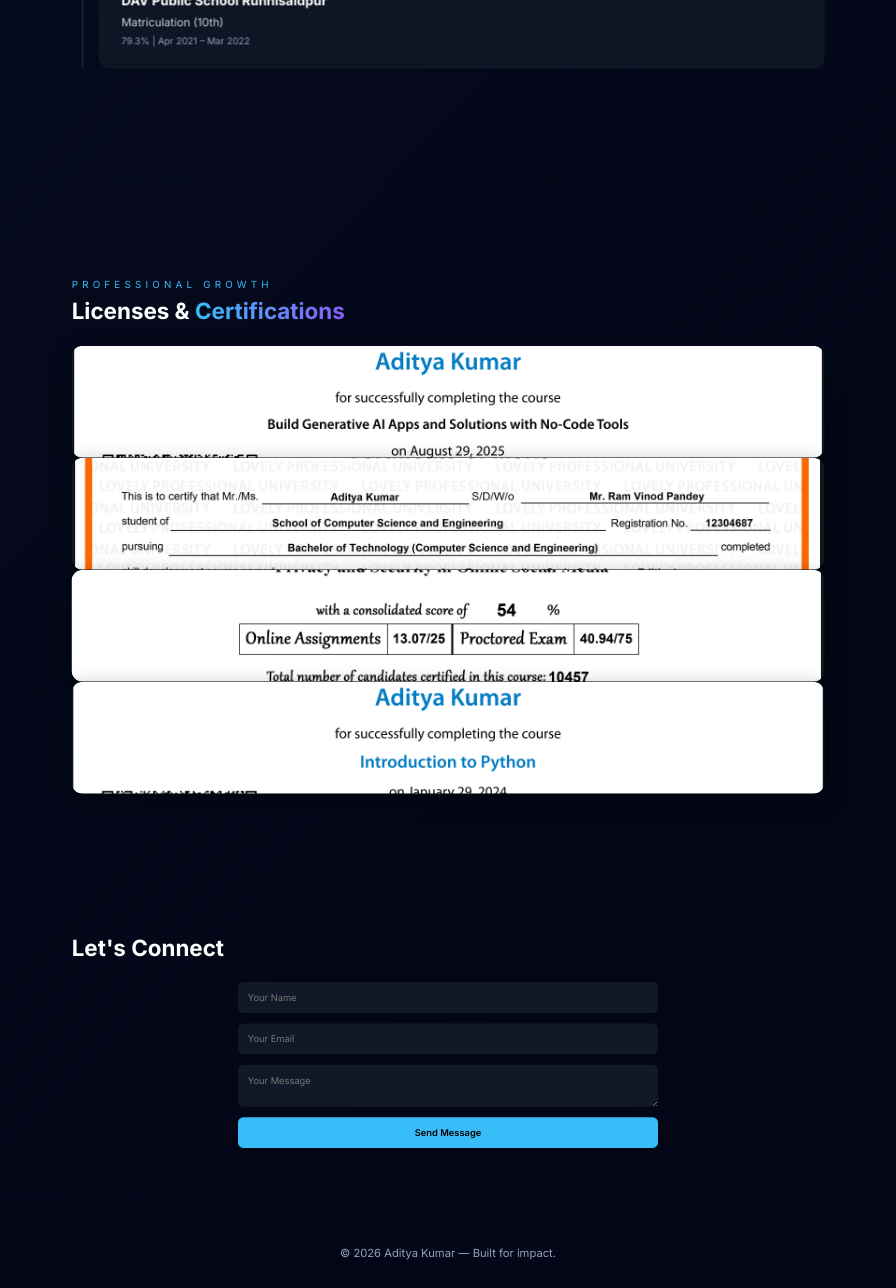
Repository: Aditya2419/My-Portfolio
Page: index.html
An editor plug-in stored every save of this project. The page is shown before and after the next save, followed by the edit.
The browser window is 1280 px wide. The pictures show the part of the page from y = 3370 to 5290 px (the page is 5210 px tall before and 5290 px after), at 70% of full size.

Above is the page before, as saved 2026-02-18 23:19:13.
Console error: TypeError: Cannot set properties of null (setting 'textContent')

After the next save:
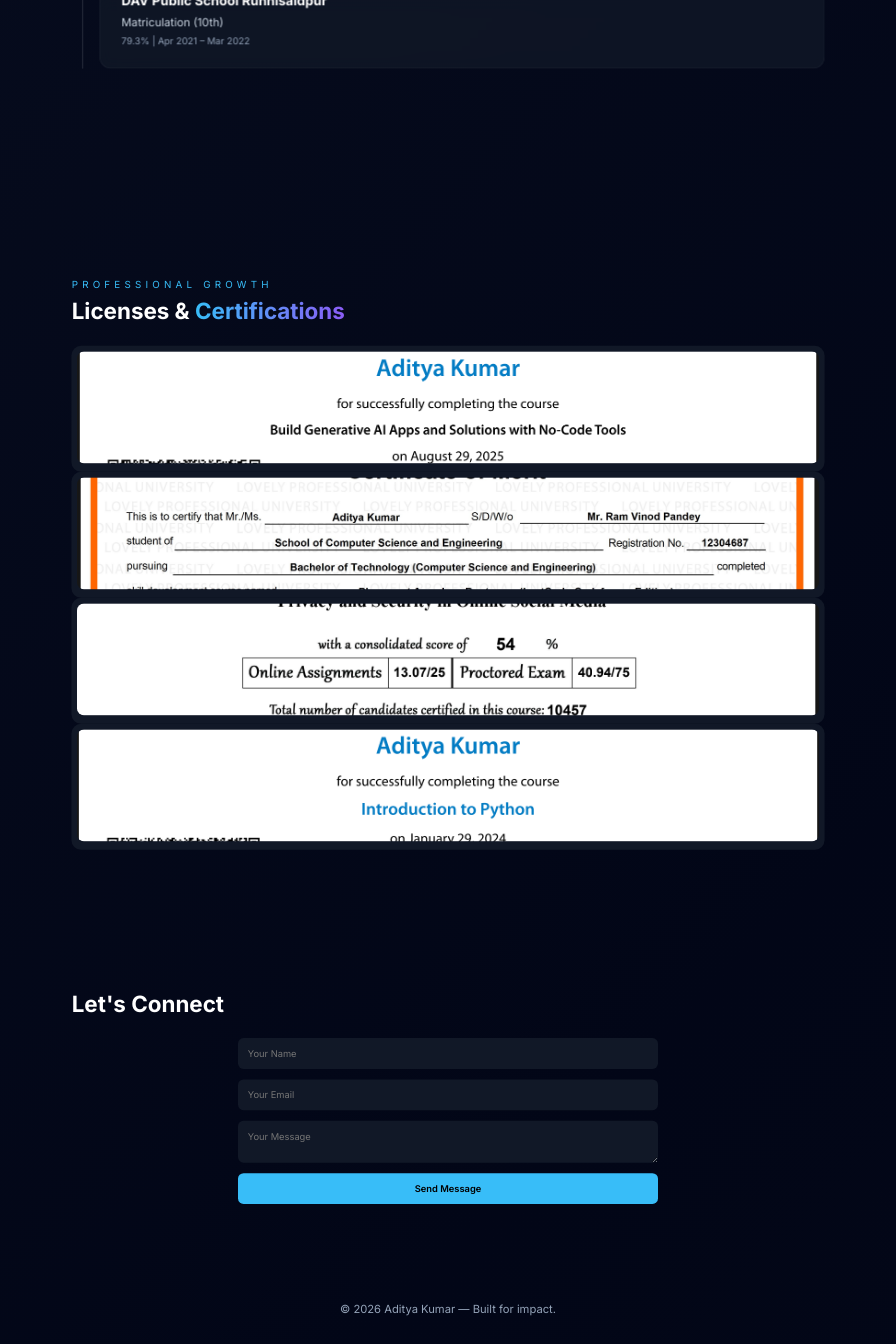
Saved 83 s later.
--- a/style.css
+++ b/style.css
@@ -376,40 +376,35 @@
     /* CERTIFICATE GRID */
 
     .cert-grid{
-    display:grid;
-    grid-template-columns:repeat(auto-fit,minmax(300px,1fr));
-    gap:30px;
-    margin-top:40px;
-    }
-
-    .cert-item{
-    position:relative;
-    overflow:hidden;
-    border-radius:16px;
-    cursor:pointer;
-    box-shadow:0 10px 30px rgba(0,0,0,.4);
-    transition:.4s;
-    transform:translateY(0);
-    }
-
-    .cert-item img{
+        display:grid;
+        grid-template-columns:repeat(auto-fit,minmax(280px,1fr));
+        gap:25px;
+        margin-top:40px;
+        }
+
+        .cert-item{
+        background:#111827;
+        padding:8px;
+        border-radius:14px;
+        overflow:hidden;
+        transition:.3s;
+        }
+
+        .cert-item img{
         width:100%;
-        height:160px;           /* Control height */
-        object-fit:cover;       /* Crop nicely */
-        display:block;
-        transition:.4s ease;
-        border-radius:16px;
+        height:160px;        /* smaller height */
+        object-fit:cover;    /* crop nicely */
+        border-radius:10px;
+        transition:.3s;
+        }
+
+        .cert-item:hover img{
+        transform:scale(1.05);
         }
 
     .cert-item:hover{
         transform:translateY(-6px);
     }
-
-    /* Zoom effect */
-    .cert-item:hover img{
-    transform:scale(1.05);
-    }
-
     /* Overlay */
 
     .cert-overlay{
